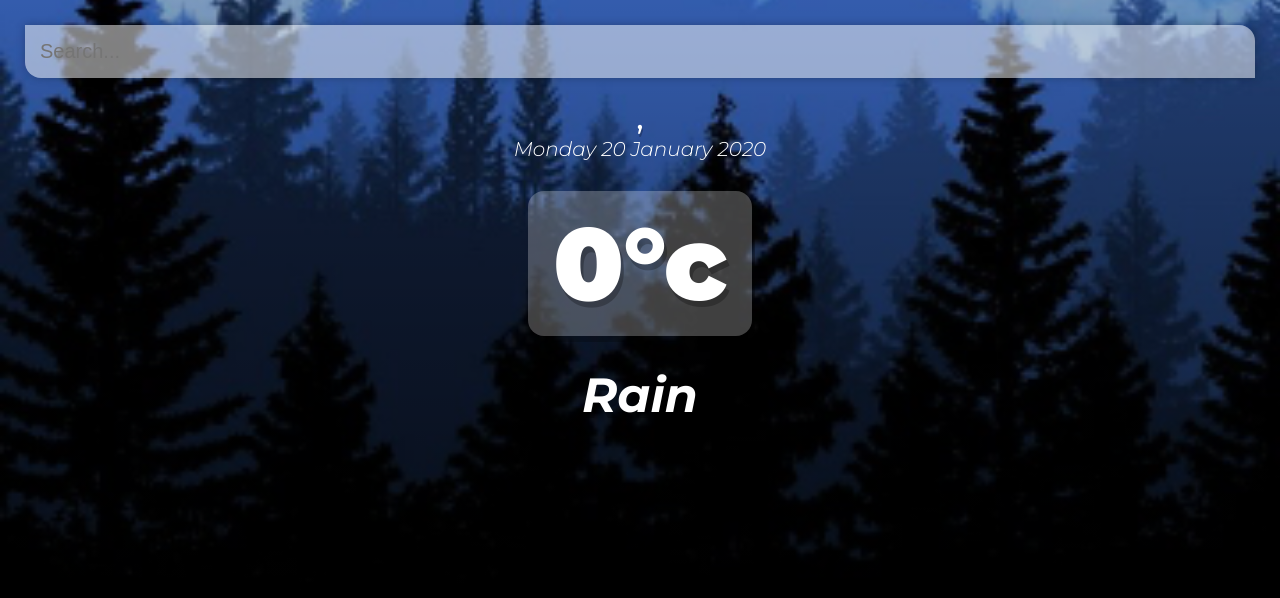
Repository: AbApin/vue-simple-weather-app
Page: /
These files come from the project's save history. The page is drawn as it stood at one moment and after a run of saves; the edit follows.
The browser window is 1280 px wide. The pictures show the whole page.
The project was rebuilt for these pictures with package versions that can differ from the ones it lists, and the page was loaded fresh each time. Also part of the build but not shown: vue.config.js.

Above is the page before, as saved 2022-11-24 12:56:17.

### public/index.html
<!DOCTYPE html>
<html lang="">
  <head>
    <meta charset="utf-8">
    <meta http-equiv="X-UA-Compatible" content="IE=edge">
    <meta name="viewport" content="width=device-width,initial-scale=1.0">
    <link rel="icon" href="<%= BASE_URL %>favicon.ico">
    <title><%= htmlWebpackPlugin.options.title %></title>
    <link href="https://fonts.googleapis.com/css?family=Montserrat:100,200,300,regular,500,600,700,800,900,100italic,200italic,300italic,italic,500italic,600italic,700italic,800italic,900italic" rel="stylesheet" />
  </head>
  <body>
    <noscript>
      <strong>We're sorry but <%= htmlWebpackPlugin.options.title %> doesn't work properly without JavaScript enabled. Please enable it to continue.</strong>
    </noscript>
    <div id="app"></div>
    <!-- built files will be auto injected -->
  </body>
</html>

### src/App.vue
<template>
  <div id="app">
    <main>
      <div class="search-box">
        <input
          type="text"
          class="search-bar"
          placeholder="Search..."
          v-model="query"
          @keypress="fetchWeather"
        />
      </div>

      <div class="weather-wrap" v-if="weather != undefined">
        <div class="location-box">
          <h3 class="location">{{ weather.name }}, {{ weather.sys.country }}</h3>
          <p class="date">Monday 20 January 2020</p>
        </div>
      </div>

      <div class="weather-box" v-if="weather != undefined">
        <p class="temp">{{ Math.round(weather.main.temp) }}°c</p>
        <p class="weather">Rain</p>
      </div>
    </main>
  </div>
</template>

<script>
export default {
  name: 'App',
  data() {
    return {
      api_key: '792b7f6beb09647b4db2b279062abff4',
      url_base: 'https://api.openweathermap.org/data/2.5/',
      query: '',
      weather: {
        name: '',
        sys: {
          country: ''
        },
        main: {
          temp: ''
        }
      },
    };
  },
  methods: {
    fetchWeather(e) {
      if (e.key == 'Enter') {
        console.log(e.key);
        fetch(`${this.url_base}weather?q=${this.query}&units=metric&APPID=${this.api_key}`)
          .then((res) => {
            return res.json();
          })
          .then(this.setResults);
      }
    },
    setResults(results) {
      this.weather = results;
    },
  },
};
</script>

<style>
* {
  margin: 0;
  padding: 0;
  box-sizing: border-box;
}
body {
  font-family: 'Montserrat', sans-serif;
}
#app {
  background-image: url('./assets/cold-bg.jpg');
  background-size: cover;
  background-position: bottom;
  transition: 0.4s;
}
main {
  min-height: 100vh;
  padding: 25px;
  background: linear-gradient(to bottom, rgba(0, 0, 0, 0.25), rgba(0, 0, 0, 0.75));
}
.search-box .search-bar {
  display: block;
  width: 100%;
  padding: 15px;
  color: #313131;
  font-size: 20px;
  border: none;
  outline: none;
  appearance: none;
  background: none;
  box-shadow: 0 0 8px rgba(0, 0, 0, 0.25);
  background-color: rgba(255, 255, 255, 0.5);
  border-radius: 0 16px 0 16px;
}
.search-box .search-bar:focus {
  box-shadow: 0 0 16px rgba(0, 0, 0, 0.25);
  background-color: rgba(255, 255, 255, 0.75);
  border-radius: 16px 0 16px 0;
}

.location-box .location {
  color: #fff;
  font-size: 32px;
  font-weight: 500;
  text-align: center;
  text-shadow: 1px 3px rgba(0, 0, 0, 0.25);
}
.location-box .date {
  color: #fff;
  font-size: 20px;
  font-weight: 300;
  font-style: italic;
  text-align: center;
}
.weather-wrap {
  margin-top: 20px;
}
.weather-box {
  text-align: center;
}
.weather-box .temp {
  display: inline-block;
  padding: 10px 25px;
  color: #fff;
  font-size: 102px;
  font-weight: 900;

  text-shadow: 3px 6px rgba(0, 0, 0, 0.25);
  background-color: rgba(255, 255, 255, 0.25);
  border-radius: 16px;
  margin: 30px 0;

  box-shadow: 3px 6px rgba(0, 0, 0, 0.25);
}
.weather-box .weather {
  color: #fff;
  font-size: 48px;
  font-weight: 700;
  font-style: italic;
  text-shadow: 3px 6px rgba(0, 0, 0, 0.25);
}
</style>

Loaded but not shown: src/main.js (common file)

After the next 3 saves:
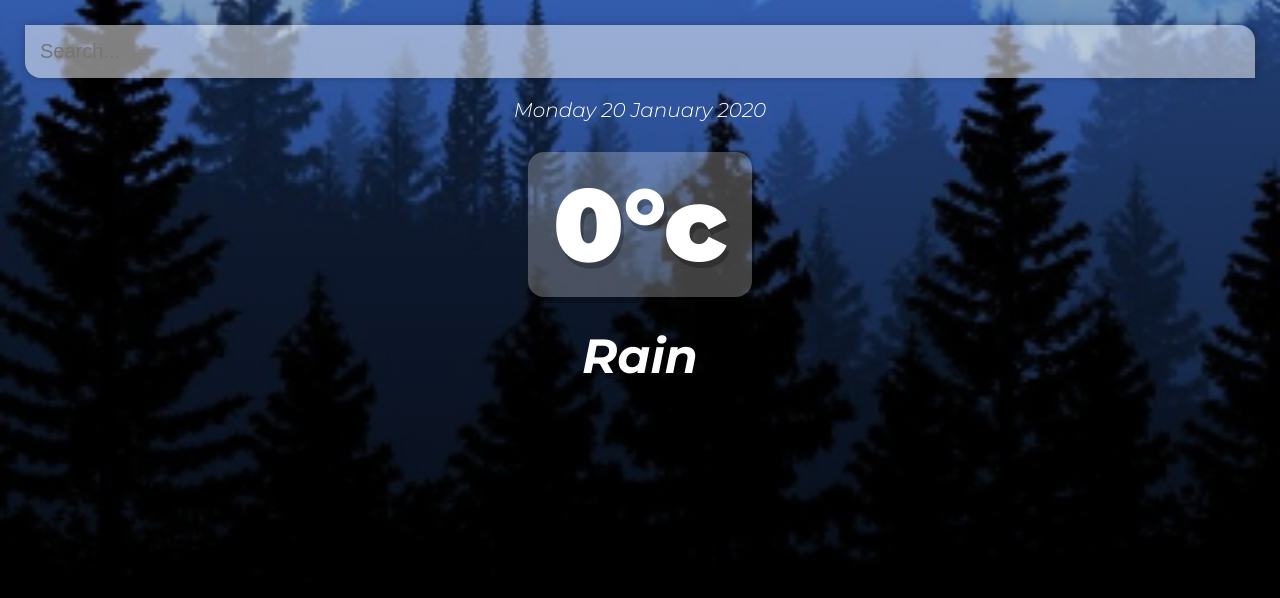
The 3 saves are shown as one change because they came seconds apart.
The last was saved 10 s later.
--- a/src/App.vue
+++ b/src/App.vue
@@ -11,14 +11,14 @@
         />
       </div>
 
-      <div class="weather-wrap" v-if="weather != undefined">
+      <div class="weather-wrap">
         <div class="location-box">
-          <h3 class="location">{{ weather.name }}, {{ weather.sys.country }}</h3>
+          <h3 class="location">{{ weather.name }} {{ weather.sys.country }}</h3>
           <p class="date">Monday 20 January 2020</p>
         </div>
       </div>
 
-      <div class="weather-box" v-if="weather != undefined">
+      <div class="weather-box" >
         <p class="temp">{{ Math.round(weather.main.temp) }}°c</p>
         <p class="weather">Rain</p>
       </div>
